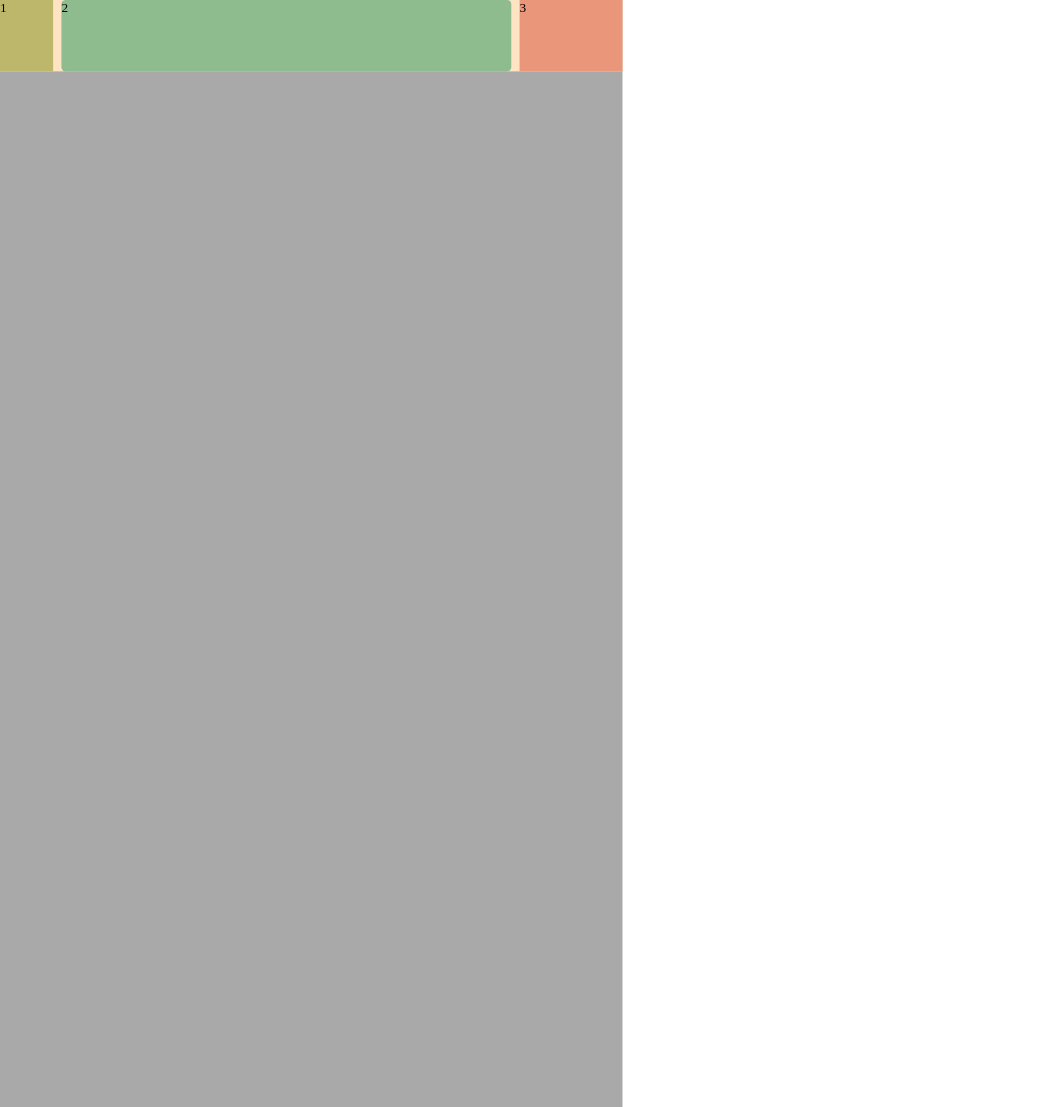
Repository: GitHub-dev666/muke-qunaer
Page: /
These files come from the project's save history. The page is drawn as it stood at one moment and after the next save; the edit follows.
The browser window is 1280 px wide. The pictures show the whole page, at 83% of full size.
The project was rebuilt for these pictures with package versions that can differ from the ones it lists, and the page was loaded fresh each time. Also part of the build but not shown: vue.config.js.

Above is the page before, as saved 2021-02-10 22:17:26.

After the next save:
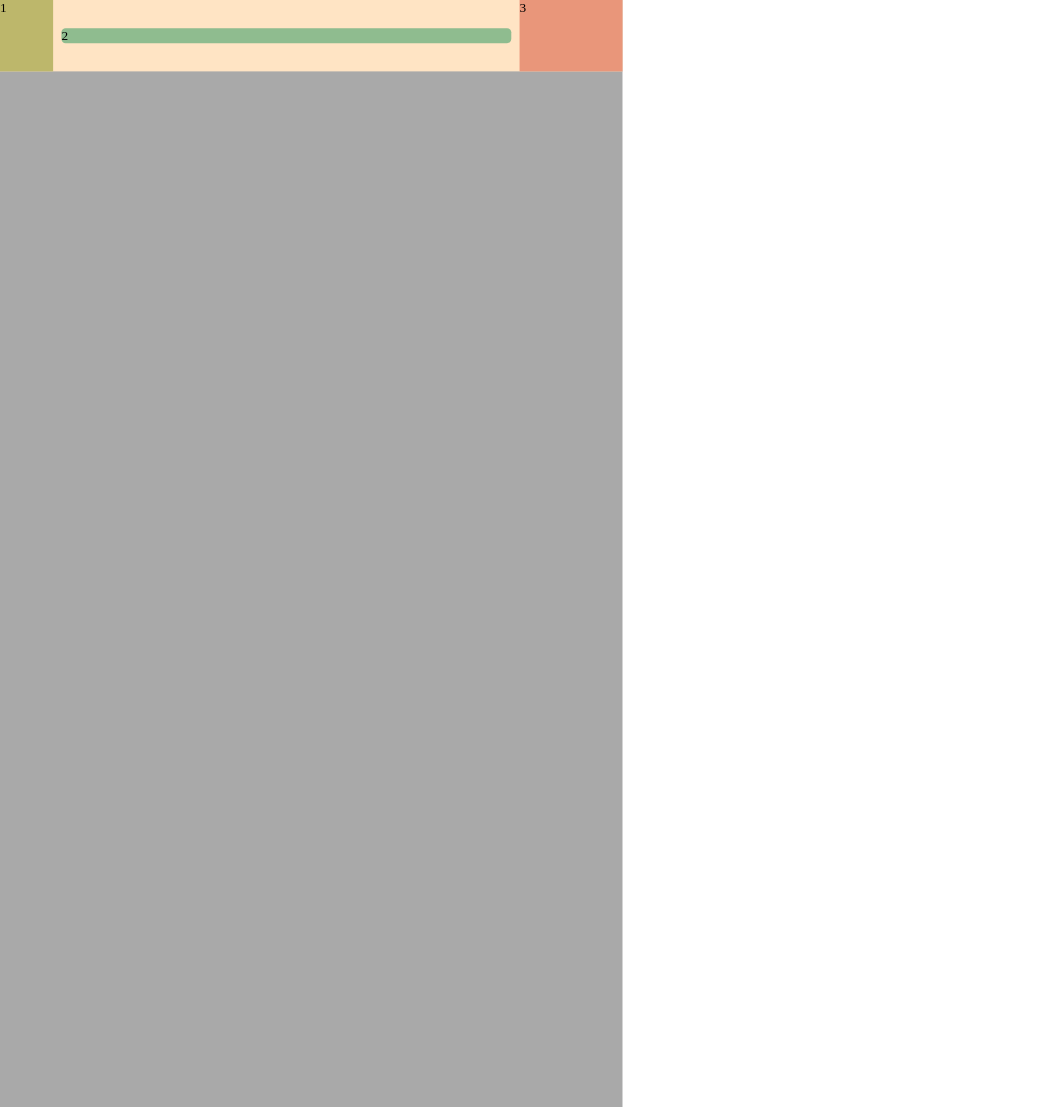
Saved 73 s later.
--- a/src/components/home/homeheader.vue
+++ b/src/components/home/homeheader.vue
@@ -22,7 +22,6 @@
         }
         .mid{
             flex:1;
-            height: 86px;
             background-color: darkseagreen;
             border-radius: 5px;
             margin: 12px 10px;

After the save that followed:
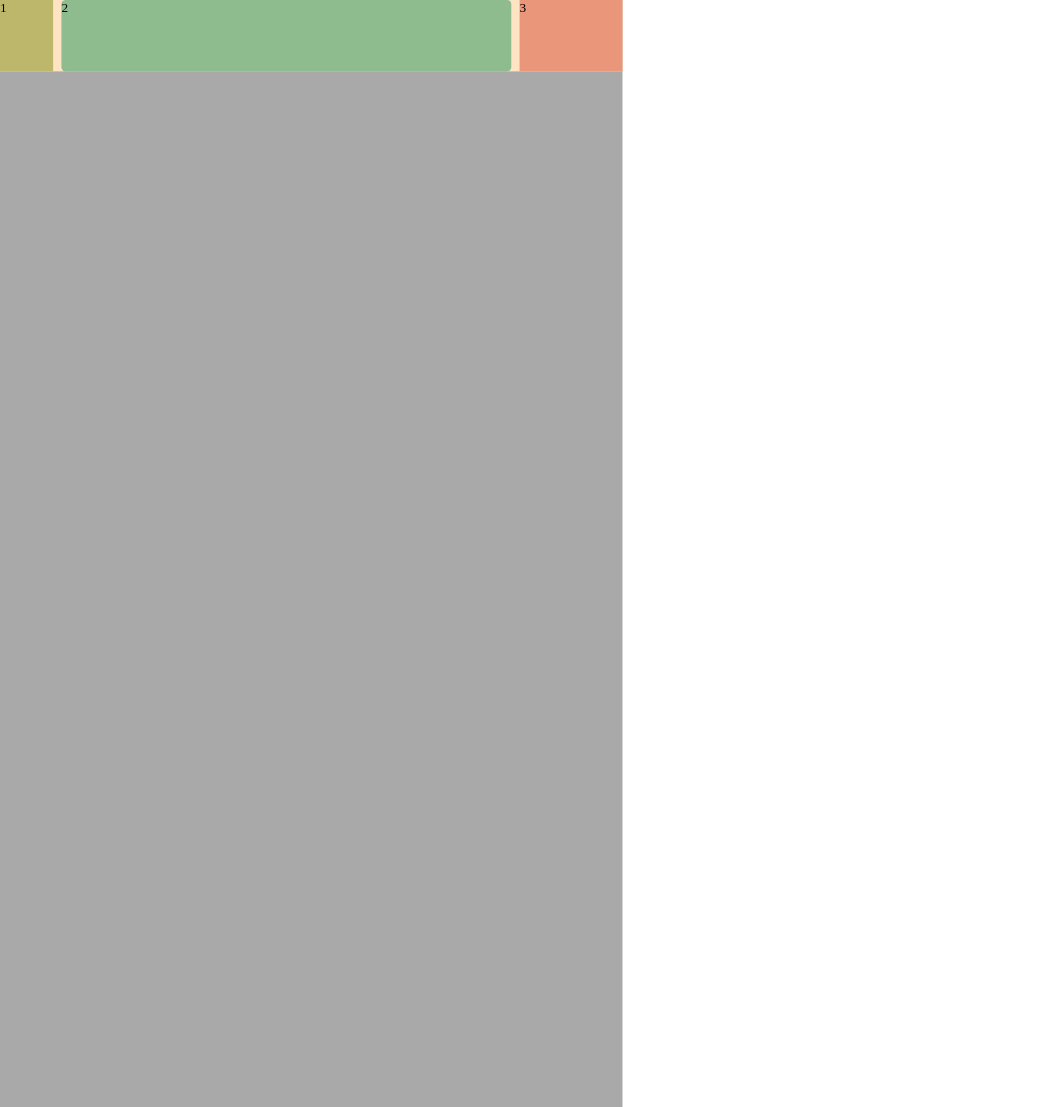
Saved 32 s later.
--- a/src/components/home/homeheader.vue
+++ b/src/components/home/homeheader.vue
@@ -22,6 +22,7 @@
         }
         .mid{
             flex:1;
+            height: 86px;
             background-color: darkseagreen;
             border-radius: 5px;
             margin: 12px 10px;
